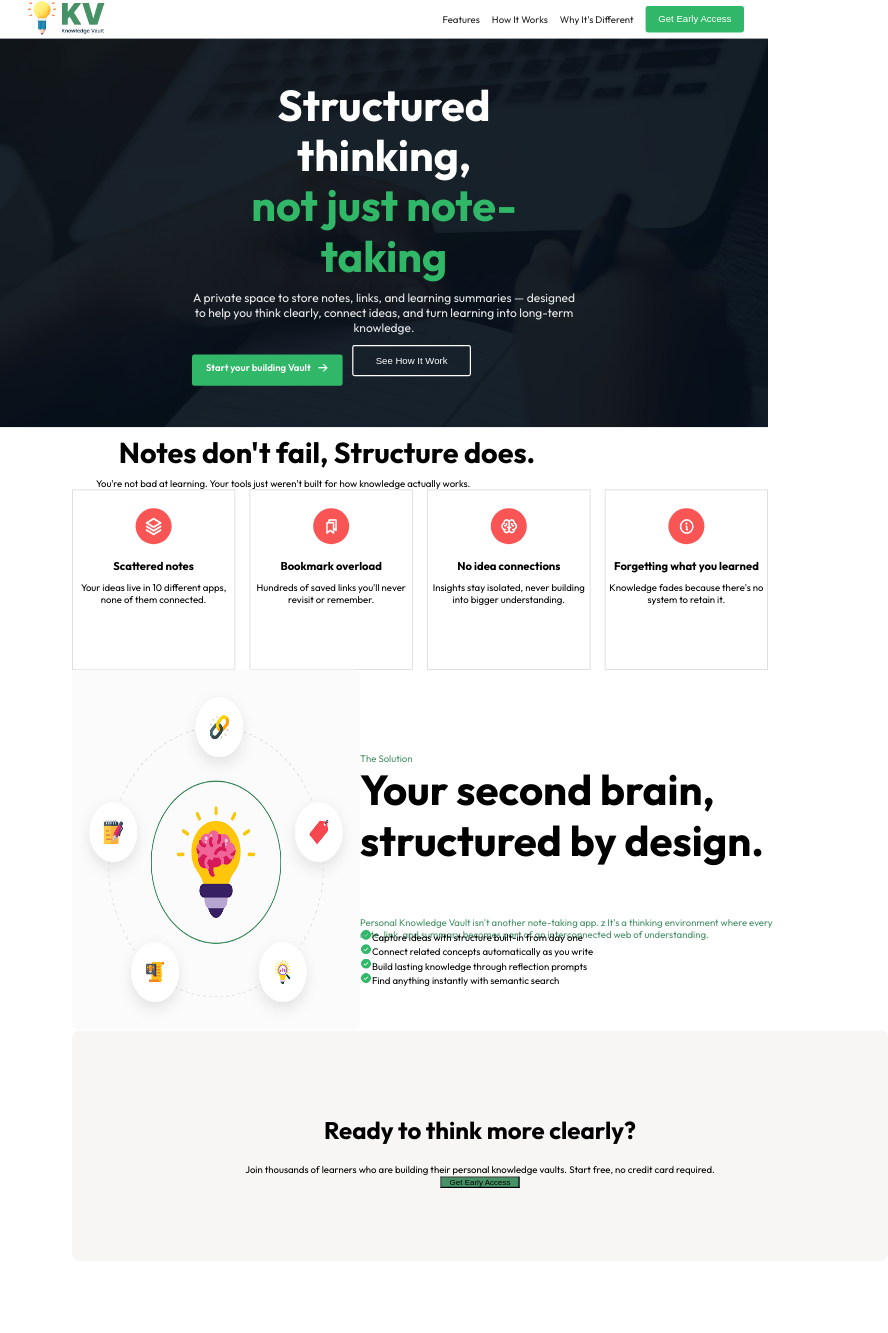
Repository: tanimtanzilislam/Assignment1-PH
Page: index.html
An editor plug-in stored every save of this project. The page is shown before and after the next save, followed by the edit.
The browser window is 1280 px wide. The page is 1480 px wide, so the pictures cover 1480 px, including what lies to the right of the window. The pictures show the whole page, at 60% of full size.

Above is the page before, as saved 2026-01-20 01:41:10.

After the next save:
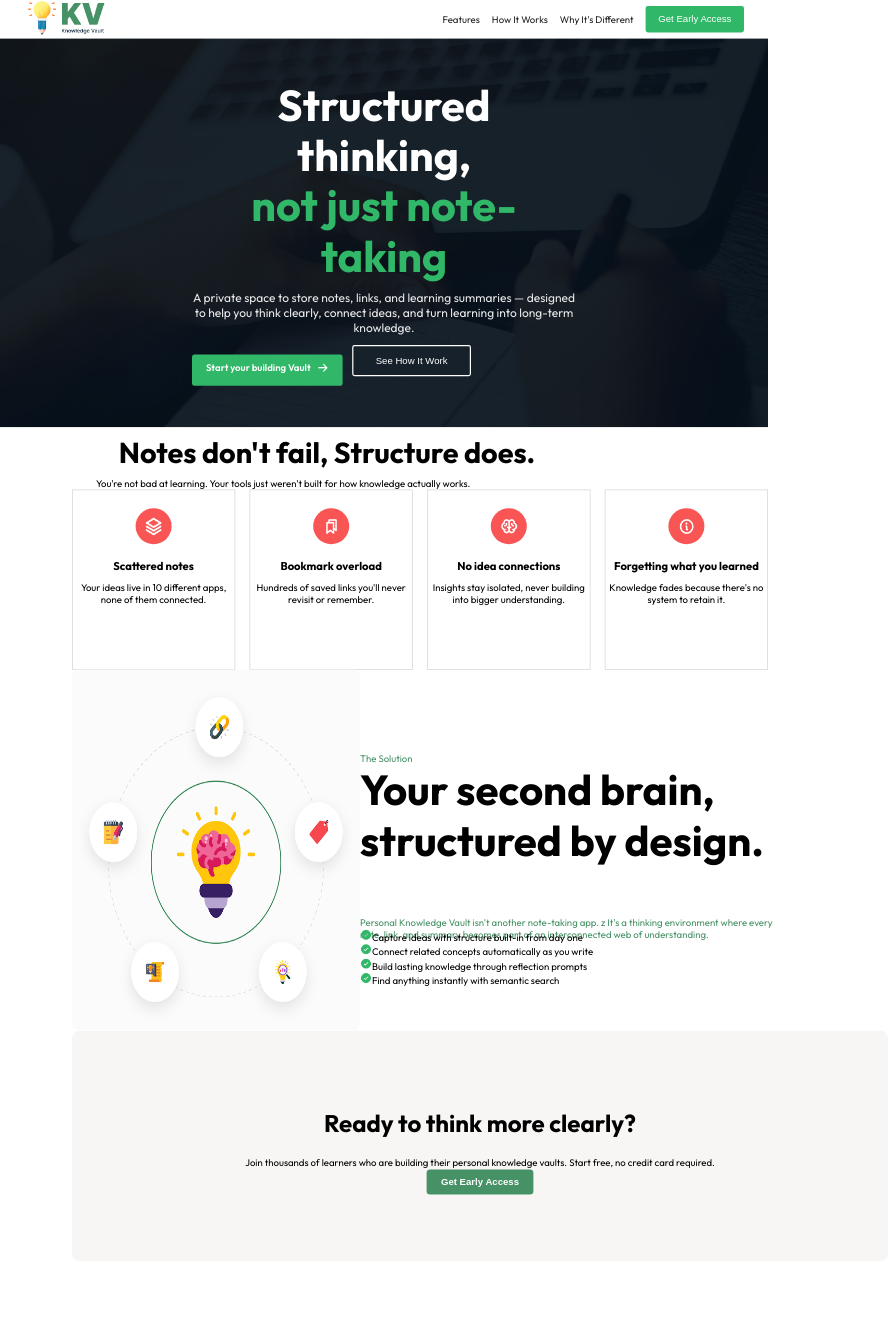
Saved 65 s later.
--- a/style.css
+++ b/style.css
@@ -288,12 +288,18 @@
     line-height: 24px;
 }
 .ready-btn{
-    width:132px;
-    height: 19px;
-    weight:600;
-    font:semibold;
-    background-color:#469165;
-}
+    background-color: #469165;   /* background color */
+    color: white;                /* text color */
+
+    padding: 12px 24px;          /* button size control */
+    border: none;
+    border-radius: 6px;
+
+    font-size: 16px;
+    font-weight: 600;            /* semibold */
+    cursor: pointer;
+}
+
 
 @media (max-width: 768px){
     .banner-content h1{
